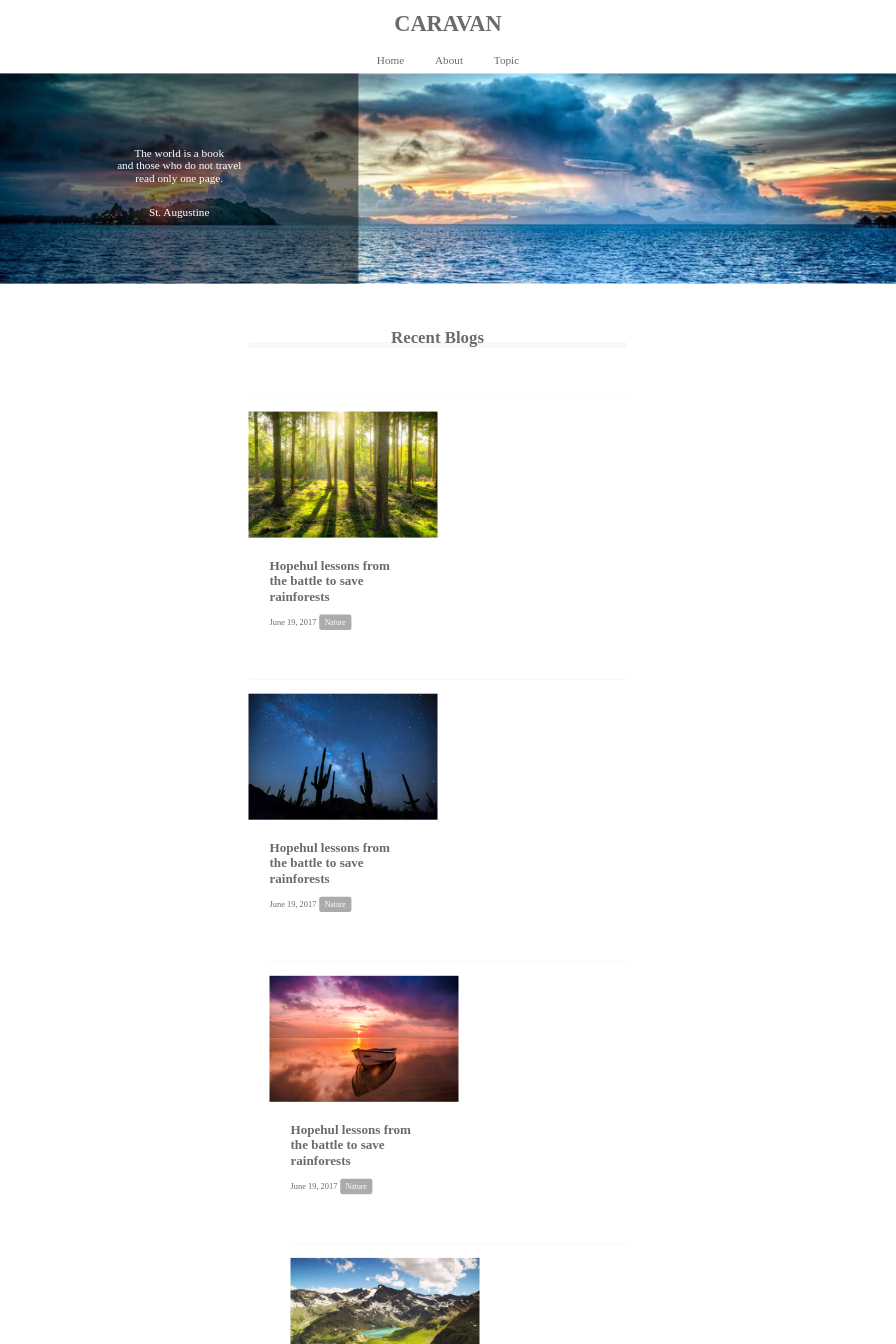
Repository: tttstk518/git-practice
Page: caravan/index.html
The author's editor kept a record of every edit. The page is drawn from the files as they stood at one moment, then again after the next edit.
The browser window is 1280 px wide. The pictures show the part of the page from y = 0 to 1920 px (the page is 3704 px tall before and 3722 px after), at 70% of full size.
Some web libraries are served in a nearby version.

Above is the page before.

### caravan/index.html
<!DOCTYPE html>
<html lang="ja">
  <head>
    <meta charset="UTF-8" />
    <!-- CSSファイルの読み込み　-->

    <script src="https://kit.fontawesome.com/a0f3d53dc5.js" crossorigin="anonymous"></script>

    <link rel="stylesheet" href="style.css" />
    <title>CARAVAN</title>
  </head>

  <body>

    <! -- header用のdiv -->

  <header>
      <h1 class="heading">
      <a href="index.html">
        CARAVAN
      </a>
      </h1>

      <div class="2social"></div>
    </header>

    <!-- navigation -->

  <nav>
    <ul class="nav-list">
      <li class="nav-list-item">
        <a href="index.html">Home</a>
      </li>
      <li class="nav-list-item">About</li>
      <li class="nav-list-item">Topic</li>
   </ul>
  </nav>

    <! -- mai-visual用のdiv -->

    <div class="main-visual">
    <div class="main-visual-content">

        <!-- pタグを追加-->
    <p class="main-visual-text">
      The world is a book<br />
      and those who do not travel<br >
      read only one page.
    </p>
    <p class="main-visual-name">
       St. Augustine
    </p>
   </div>
   </div>

    <!-- main用のdiv-->
<main>
  <section class="blog">
    <h2 class="blog-heading">Recent Blogs</h2>

    <div class="blog-box"></div>
     <div class="blog-item"></div>
      <img class="blog-image" src="img/forest.jpg">
      <section class="blog-text">
       <h3 class="blog-text-heading">

         <a href="single.html">
           Hopehul lessons from<br>
           the battle to save<br>
           rainforests
         </a>

       </h3>
       <p class="blog-date">June 19, 2017</p>
       <span class="category">Nature</span>
  </section>


    <div class="blog-box"></div>
     <div class="blog-item"></div>
      <img class="blog-image" src="img/desert.jpg">
      <section class="blog-text">
       <h3 class="blog-text-heading">

         <a href="single.html">
           Hopehul lessons from<br>
           the battle to save<br>
           rainforests
         </a>

       </h3>
       <p class="blog-date">June 19, 2017</p>
       <span class="category">Nature</span>

    <div class="blog-box"></div>
     <div class="blog-item"></div>
      <img class="blog-image" src="img/sunset.jpg">
      <section class="blog-text">
       <h3 class="blog-text-heading">

         <a href="single.html">
           Hopehul lessons from<br>
           the battle to save<br>
           rainforests
         </a>

       </h3>
       <p class="blog-date">June 19, 2017</p>
       <span class="category">Nature</span>

    <div class="blog-box"></div>
     <div class="blog-item"></div>
      <img class="blog-image" src="img/italy.jpg">
      <section class="blog-text">
       <h3 class="blog-text-heading">

         <a href="single.html">
           Hopehul lessons from<br>
           the battle to save<br>
           rainforests
         </a>

       </h3>
       <p class="blog-date">June 19, 2017</p>
       <span class="category">Nature</span>

    <div class="blog-box"></div>
     <div class="blog-item"></div>
      <img class="blog-image" src="img/asia.jpg">
      <section class="blog-text">
       <h3 class="blog-text-heading">

         <a href="single.html">
           Hopehul lessons from<br>
           the battle to save<br>
           rainforests
         </a>

       </h3>
       <p class="blog-date">June 19, 2017</p>
       <span class="category">Nature</span>

     </section>
    </div>

     <div class="pagination">
          <p><<</p>
          <p><</p>
          <p>1</p>
          <p>2</p>
          <p>3</p>
          <p>></p>
          <p>>></p>
        </div>
  </section>

   <div class="sidebar"></div>
     <section class="popular">
          <h2 class="popular-heading common-heading">Popular</h2>
          <div class="sidebar-contents">
            <p class="popular-text">To solve old problems,<br>study new species</p>
            <p class="popular-text">Why Earth may someday<br>look like Mars</p>
            <p class="popular-text">What will humans look<br>like in 100 years?</p>
            <p class="popular-text">How to grow a forest<br>in your backyard</p>
            <p class="popular-text">How humans could evolve<br>to survive in space</p>
          </div>
        </section>
        <section class="instagram">
          <h2 class="instagram-heading common-heading">Instagram</h2>
          <div class="sidebar-contents">
            <div class="instagram-box"></div>
            <div class="instagram-box"></div>
            <div class="instagram-box"></div>
            <div class="instagram-box"></div>
            <div class="instagram-box"></div>
            <div class="instagram-box"></div>
          </div>
        </section>
        <section class="categories">
          <h2 class="categories-heading common-heading">Categories</h2>
          <div class="sidebar-contents">
            <p class="categories-text">Technology(15)</p>
            <p class="categories-text">Business(23)</p>
            <p class="categories-text">Entertainment(12)</p>
            <p class="categories-text">Nature(32)</p>
            <p class="categories-text">Education(9)</p>
            <p class="categories-text">Adventure(23)</p>
            <p class="categories-text">Communication(14)</p>
          </div>
        </section>
      </div>
    </main>



    <! -- footer用のdiv -->

    <footer>
      <p class="footer-text"> All rights reserved by Infratop.Inc.</p>
    </footer>
  </body>
</html>

### caravan/style.css
/* ブラウザがそれぞれ持っているCSSをリセットするための記述　*/

* {
  margin: 0;
  padding: 0;
  box-sizing: border-box;
  color: #6c6b6b;
}

a {
  text-decoration: none;
}

header {
  width: 90%;  /* 横幅90　*/
  padding: 15px 0;
  margin: 0 auto;
  text-align: center;
  position: relative; /* #socialの基準位置を相対位置へ変更する*/

}

.social {
  display: inline-block;
  margin-left: 20px;
}

header .heading {
  /* headerタグ内のheadingクラスにのみ反映される*/
  font-size: 32px;
}

.nav-list {
  text-align: center;
  padding: 10px 0;
  margin: 0 auto;
}

.nav-list-item {
  list-style: none;
  display: inline-block;
  margin: 0 20px;
}

.main-visual {
  width: 100%; /*横幅いっぱい　*/
  height: 300px; /*高さ300px */
  background-image: url(img/mv.jpg);
  background-size: cover;
  background-position: center;

}

.main-visual-content {
  width: 40%;
  height: 300px;
  background-color: rgba(0,0,0,0.5);
  text-align: center; /*文字を中央揃えにする*/
  padding-top: 105px;

}
.main-visual-text {
  color: #fff;
}

.main-visual-name {
  margin-top: 30px;
  color: #fff
}

main {
  width: 800px;
  display: flex;
  justify-content: center;
  margin: 0 auto;
  padding: 70px 0 ;

}

.blog {
  width: 540px;
  margin-right: 30px;
}

.blog-heading {
  border-bottom: 8px solid #f7f7f7;
  text-align: center;
  line-height: 0.6;
}

.blog-box {
  padding-top: 50px;
}

.blog-item {
  padding-bottom: 20px;
  margin-bottom: 20px;
  border-bottom: 1px solid #f7f7f7;
  display: flex;
  justify-content: flex-start;
}
.blog-image {
  height: 180px;

}

.blog-text {
  padding: 25px 0 0 30px;
}
.blog-text-heading {
  padding-bottom: 15px;
}
.blog-date {
  font-size: 12px;
  display: inline-block;
}

.category {
  display: inline-block;
  padding: 5px 8px;
  background-color: #acabab;
  border-radius: 3px;
  color: #fff;
  font-size: 11px
}

.pagination {
  text-align: center;
  padding-top: 50px;
}

.pagination p {
  display: inline-block;
  width: 30px;
  height: 30px;
  margin: 0 5px;
  color: #fff;
  background-color: #acabab;
  border-radius: 3px;
  line-height: 30px;
}

.sidebar {
  width: 230px;
}

.common-heading {
  border-bottom: 8px solid #f7f7f7;
  text-align: center;
  line-height: 0.6;
}

.sidebar-contents {
  padding: 50px 0;
}

.popular-text,
.categories-text {
  padding-bottom: 5px;
  border-bottom: 1px solid #f7f7f7;
  margin-bottom: 5px;
}

.popular-text:last-child,
.categories-text:last-child {
  margin: 0;
  padding: 0;
  border: none;
}

.instagram .sidebar-contents {
  display: flex;
  flex-wrap: wrap;
}

.instagram-box {
  width: 110px;
  padding-top: 110px;
  background-size: cover;
  background-position: center;
  margin-bottom: 10px;
}

.instagram-box:nth-child(odd) {
  margin-right: 10px;
}

.instagram-box:nth-child(1) {
  background-image: url(img/airport.jpg);
}

.instagram-box:nth-child(2) {
  background-image: url(img/japan.jpg);
}

.instagram-box:nth-child(3) {
  background-image: url(img/snow.jpg);
}

.instagram-box:nth-child(4) {
  background-image: url(img/japan2.jpg);
}

.instagram-box:nth-child(5) {
  background-image: url(img/lake.jpg);
}

.instagram-box:nth-child(6) {
  background-image: url(img/road.jpg);
}


.footer {
  width: 100%;
  height: 120px;
  text-align: center;
  line-height: 120px;
  background-color: #848282;

}

.footer-text {
  color: #fff
}

After the next edit:
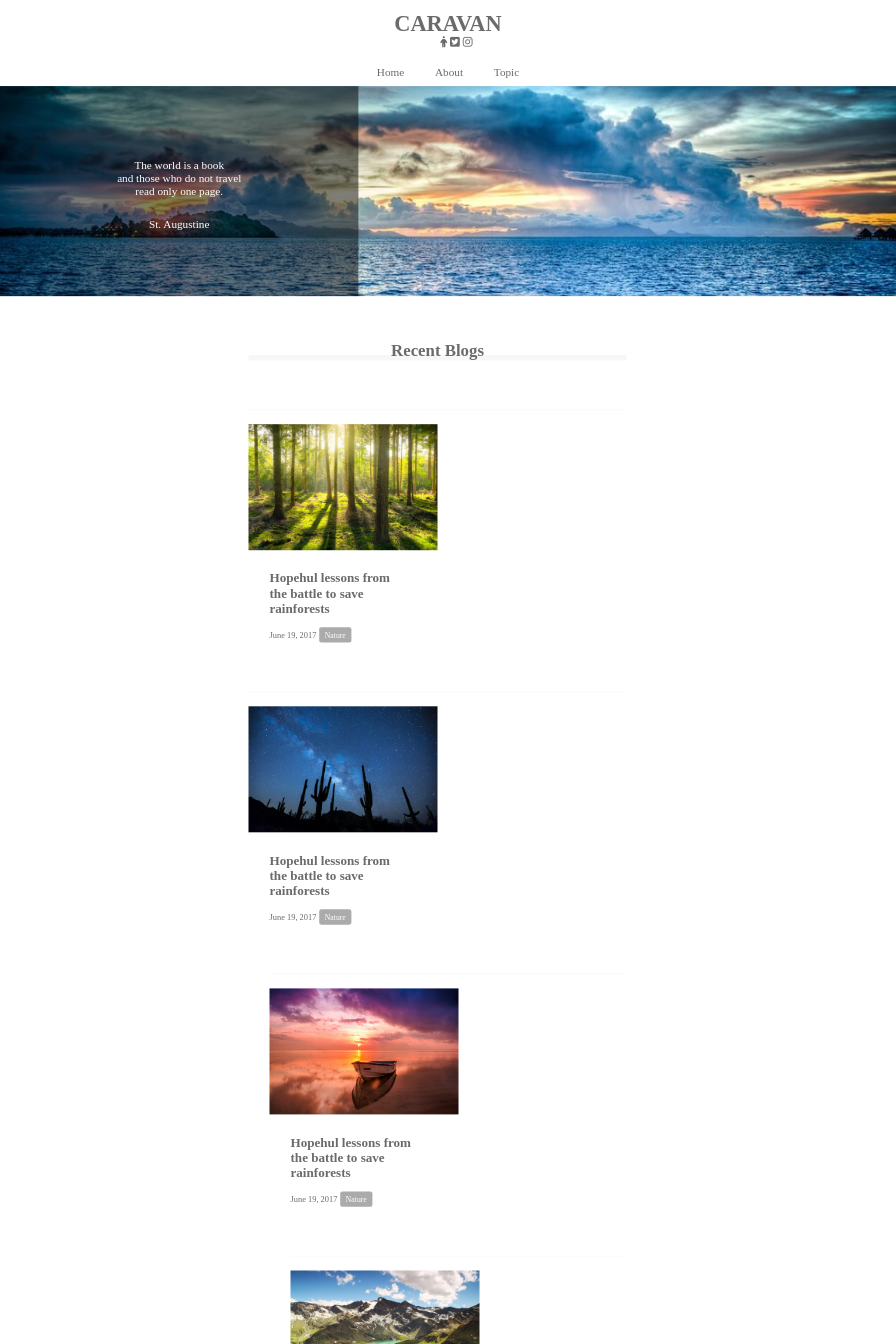
The edit:
--- a/caravan/index.html
+++ b/caravan/index.html
@@ -21,7 +21,12 @@
       </a>
       </h1>
 
-      <div class="2social"></div>
+      <div class="social"></div>
+
+      <i class="fa-solid fa-person"></i>
+      <i class="fab fa-twitter-square"></i>
+      <i class="fab fa-instagram"></i>
+
     </header>
 
     <!-- navigation -->
